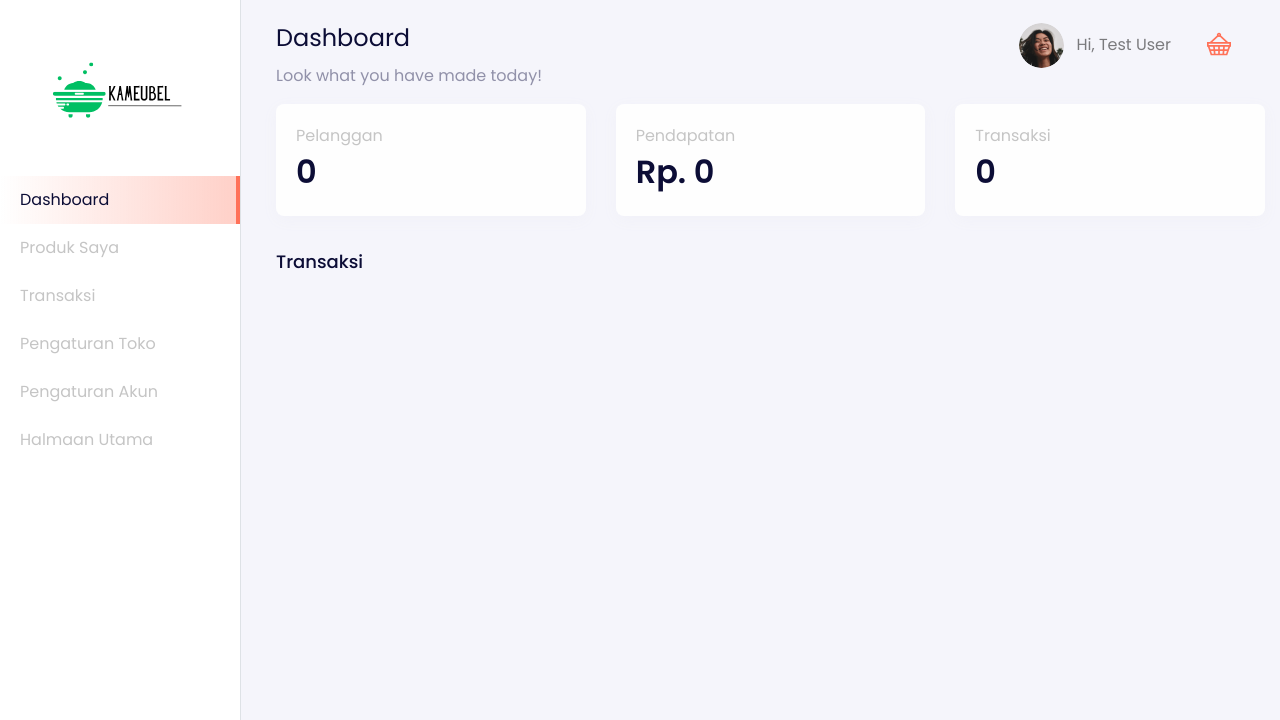
Repository: asyrofuddien/Meubel_Store
Page: http://localhost/dashboard
An editor plug-in stored every save of this project. The page is shown before and after the next save, followed by the edit.
The browser window is 1280 px wide. The pictures show the whole page.
The page is served by the project's Laravel application, run on PHP 8.4 with Laravel 8. A made-up administrator, Test User (test@example.com), is signed in. Other server files are loaded and not shown. Queries for data that is not in the repository find no rows.

Above is the page before, as saved 2023-08-08 09:46:26.

### routes/web.php
<?php

use Illuminate\Support\Facades\Route;
use Illuminate\Support\Facades\Auth;

/*
|--------------------------------------------------------------------------
| Web Routes
|--------------------------------------------------------------------------
|
| Here is where you can register web routes for your application. These
| routes are loaded by the RouteServiceProvider within a group which
| contains the "web" middleware group. Now create something great!
|
*/
Route::get('/', 'HomeController@index')->name('home');

Route::get('/categories', 'CategoryController@index')->name('categories');
Route::get('/categories/{id}', 'CategoryController@detail')->name('categories-detail');

Route::get('/details/{id}', 'DetailController@index')->name('detail');
Route::post('/details/{id}', 'DetailController@add')->name('detail-add');

Route::post('/checkout/callback', 'CheckoutController@callback')->name('midtrans-callback');

Route::get('/success', 'CartController@success')->name('success');
Route::get('/register/success', 'Auth\RegisterController@success')->name('register-success');

Route::group(['middleware' => ['auth']], function(){

    Route::get('/cart', 'CartController@index')->name('cart');
    Route::delete('/cart/{id}', 'CartController@delete')->name('cart-delete');

    Route::post('/checkout', 'CheckoutController@process')->name('checkout');

    Route::get('/dashboard', 'DashboardController@index')->name('dashboard');

    Route::get('/dashboard/products', 'DashboardProductController@index')->name('dashboard-product');

    Route::get('/dashboard/products/create', 'DashboardProductController@create')->name('dashboard-product-create');
    Route::post('/dashboard/products', 'DashboardProductController@store')->name('dashboard-product-store');

    Route::get('/dashboard/products/{id}', 'DashboardProductController@details')->name('dashboard-product-details');
    Route::post('/dashboard/products/{id}', 'DashboardProductController@update')->name('dashboard-product-update');

    Route::post('/dashboard/products/gallery/upload', 'DashboardProductController@uploadGallery')->name('dashboard-product-gallery-upload');

    Route::get('/dashboard/products/gallery/delete/{id}', 'DashboardProductController@deleteGallery')->name('dashboard-product-gallery-delete');

    Route::get('/dashboard/transactions', 'DashboardTransactionController@index')->name('dashboard-transaction');
    Route::get('/dashboard/transactions/{id}', 'DashboardTransactionController@details')->name('dashboard-transaction-details');
    Route::post('/dashboard/transactions/{id}', 'DashboardTransactionController@update')->name('dashboard-transaction-update');

    Route::get('/dashboard/settings', 'DashboardSettingController@store')->name('dashboard-settings-store');
    Route::get('/dashboard/account', 'DashboardSettingController@account')->name('dashboard-settings-account');
    Route::post('/dashboard/account/{redirect}', 'DashboardSettingController@update')->name('dashboard-settings-redirect');

});

// ->middleware(['auth', 'admin'])
Route::prefix('admin')
    ->namespace('Admin')
    ->middleware(['auth', 'admin'])
    ->group(function() {
        Route::get('/', 'DashboardController@index')->name('admin-dashboard');
        Route::resource('category', 'CategoryController');
        Route::resource('user', 'UserController');
        Route::resource('product', 'ProductController');
        Route::resource('product-gallery', 'ProductGalleryController');
        Route::resource('transaction', 'TransactionController');
    });

Auth::routes();

### app/User.php
<?php

namespace App;

use Illuminate\Contracts\Auth\MustVerifyEmail;
use Illuminate\Foundation\Auth\User as Authenticatable;
use Illuminate\Notifications\Notifiable;

class User extends Authenticatable
{
    use Notifiable;

    /**
     * The attributes that are mass assignable.
     *
     * @var array
     */
    protected $fillable = [
        'name', 'email', 'password', 'roles', 'store_name', 'categories_id', 'store_status',
        'address_one', 'address_two', 'provinces_id', 'regencies_id', 'zip_code', 'country', 'phone_number'
    ];

    /**
     * The attributes that should be hidden for arrays.
     *
     * @var array
     */
    protected $hidden = [
        'password', 'remember_token',
    ];

    /**
     * The attributes that should be cast to native types.
     *
     * @var array
     */
    protected $casts = [
        'email_verified_at' => 'datetime',
    ];



}

### app/Http/Controllers/DashboardController.php
<?php

namespace App\Http\Controllers;

use Illuminate\Http\Request;
use Illuminate\Support\Facades\Auth;

use App\TransactionDetail;
use App\User;

class DashboardController extends Controller
{
    /**
     * Show the application dashboard.
     *
     * @return \Illuminate\Contracts\Support\Renderable
     */
    public function index()
    {
        $transactions = TransactionDetail::with(['transaction.user', 'product.galleries'])
                            ->whereHas('product', function($product){
                                $product->where('users_id', Auth::user()->id);
                            });
        $transactions2 = TransactionDetail::with(['transaction.user', 'product.galleries'])
                            ->whereHas('product', function($product){
                                $product->where('users_id', Auth::user()->id);
                            })->whereHas('transaction', function ($transaction) {
                                $transaction->where('transaction_status', 'BERHASIL');
                            });

        $reveneu = $transactions2->orderby('created_at', 'DESC')->get()->reduce(function ($carry, $item){
            $total = $carry + $item->price;
            return $total - ($total*0.01) ; //pendapatan dikurangi 1 persen
        });

        $customer = User::count();

        return view('pages.dashboard', [
            'transaction_count' => $transactions->count(),
            'transaction_data' => $transactions->get(),
            'revenue' => $reveneu,
            'customer' => $customer
        ]);
    }
}

### app/TransactionDetail.php
<?php

namespace App;

use Illuminate\Database\Eloquent\Model;

class TransactionDetail extends Model
{
    /**
     * The attributes that are mass assignable.
     *
     * @var array
     */
    protected $fillable = [
       'transactions_id', 'products_id', 'price', 'shipping_status', 'resi', 'code'
    ];

    /**
     * The attributes that should be hidden for arrays.
     *
     * @var array
     */
    protected $hidden = [

    ];

    public function product(){
        return $this->hasOne(Product::class, 'id', 'products_id');
    }

    public function transaction(){
        return $this->hasOne(Transaction::class, 'id', 'transactions_id');
    }
}

### app/Product.php
<?php

namespace App;

use Illuminate\Database\Eloquent\Model;
use Illuminate\Database\Eloquent\SoftDeletes;

class Product extends Model
{
    use SoftDeletes;

    protected $fillable = [
        'name', 'users_id', 'categories_id', 'price', 'description', 'slug'
    ];

    public $hidden = [

    ];

    public function galleries(){
        return $this->hasMany(ProductGallery::class, 'products_id', 'id');
    }

    public function user(){
        return $this->hasOne(User::class, 'id', 'users_id');
    }

    public function category(){
        return $this->belongsTo(Category::class, 'categories_id', 'id');
    }
}

### app/Transaction.php
<?php

namespace App;

use Illuminate\Database\Eloquent\Model;

class Transaction extends Model
{
     /**
     * The attributes that are mass assignable.
     *
     * @var array
     */
    protected $fillable = [
       'users_id', 'inscurance_price', 'shipping_price', 'transaction_status', 'total_price', 'code'
    ];

    /**
     * The attributes that should be hidden for arrays.
     *
     * @var array
     */
    protected $hidden = [

    ];

    public function user(){
        return $this->belongsTo(User::class, 'users_id', 'id');
    }

}

### resources/views/pages/dashboard.blade.php
@extends('layouts.dashboard')

@section('title')
    Dashboard Toko
@endsection

@section('content')
    <!-- Page Content -->
    <div
        class="section-content section-dashboard-home"
        data-aos="fade-up"
        >
        <div class="container-fluid">
            <div class="dashboard-heading">
            <h2 class="dashboard-title">Dashboard</h2>
            <p class="dashboard-subtitle">Look what you have made today!</p>
            <div class="dashboard-content">
                <div class="row">
                <div class="col-md-4">
                    <div class="card mb-2">
                    <div class="card-body">
                        <div class="dashboard-card-title">Pelanggan</div>
                        <div class="dashboard-card-subtitle">{{ number_format($customer) }}</div>
                    </div>
                    </div>
                </div>
                <div class="col-md-4">
                    <div class="card mb-2">
                    <div class="card-body">
                        <div class="dashboard-card-title">Pendapatan</div>
                        <div class="dashboard-card-subtitle">Rp. {{ number_format($revenue) }}</div>
                    </div>
                    </div>
                </div>
                <div class="col-md-4">
                    <div class="card mb-2">
                    <div class="card-body">
                        <div class="dashboard-card-title">Transaksi</div>
                        <div class="dashboard-card-subtitle">
                        {{ number_format($transaction_count) }}
                        </div>
                    </div>
                    </div>
                </div>
                </div>
                <div class="row mt-3">
                    <div class="col-12 mt-2">
                        <h5 class="mb-3">Transaksi</h5>
                        @foreach ($transaction_data as $transaction)
                            <a
                                href="{{  route('dashboard-transaction-details', $transaction->id)  }}"
                                class="card card-list d-block"
                                >
                                <div class="card-body">
                                    <div class="row">
                                        <div class="col-md-1">
                                            <img
                                            src="{{ Storage::url($transaction->product->galleries->first()->photos ?? '') }}"
                                            class="w-50"
                                            />
                                        </div>
                                        <div class="col-md-4">{{ $transaction->product->name ?? '' }}</div>
                                        <div class="col-md-3">{{ $transaction->transaction->user->name ?? '' }}</div>
                                        <div class="col-md-3">{{ $transaction->created_at ?? '' }}</div>
                                        <div class="col-md-1 d-none-d-md-block">
                                            <img
                                            src="/images/dashboard-arrow-right.svg"
                                            alt=""
                                            />
                                        </div>
                                    </div>
                                </div>
                            </a>
                        @endforeach
                    </div>
                </div>
            </div>
            </div>
        </div>
    </div>
@endsection

### resources/views/layouts/dashboard.blade.php
<!DOCTYPE html>
<html lang="en">
  <head>
    <meta charset="utf-8" />
    <meta
      name="viewport"
      content="width=device-width, initial-scale=1, shrink-to-fit=no"
    />
    <meta name="description" content="" />
    <meta name="author" content="" />
    <link rel="shortcut icon" href="/images/logoicon.svg" type="image/x-icon">
    <title>@yield('title')</title>

    @stack('prepend-style')
    <link href="https://unpkg.com/aos@2.3.1/dist/aos.css" rel="stylesheet" />
    <link href="/style/main.css" rel="stylesheet" />
    @stack('addon-style')
  </head>

  <body>
    <div class="page-dashboard">
      <div class="d-flex" id="wrapper" data-aos="fade-right">
        <!-- sidebar -->
        <div class="border-right" id="sidebar-wrapper">
          <div class="sidebar-heading text-center">
            <img src="/images/logo.svg" class="my-4" alt="" />
          </div>
          <div class="list-group list-group-flush">
            <a
              href="{{ route('dashboard') }}"
              class="list-group-item list-group-item-action {{ (request()->is('dashboard')) ? 'active' : '' }}"
            >
              Dashboard</a
            >
            <a
              href="{{ route('dashboard-product') }}"
              class="list-group-item list-group-item-action {{ (request()->is('dashboard/products*')) ? 'active' : '' }}"
            >
              Produk Saya</a
            >
            <a
              href="{{ route('dashboard-transaction') }}"
              class="list-group-item list-group-item-action {{ (request()->is('dashboard/transactions*')) ? 'active' : '' }}"
            >
              Transaksi</a
            >
            <a
              href="{{ route('dashboard-settings-store') }}"
              class="list-group-item list-group-item-action {{ (request()->is('dashboard/settings*')) ? 'active' : '' }}"
            >
              Pengaturan Toko</a
            >
            <a
              href="{{ route('dashboard-settings-account') }}"
              class="list-group-item list-group-item-action {{ (request()->is('dashboar/account*')) ? 'active' : '' }}"
            >
              Pengaturan Akun</a
            >
            <a
              href="/"
              class="list-group-item list-group-item-action"
            >
              Halmaan Utama</a
            >
          </div>
        </div>

        <!-- Page Content -->
        <div id="page-content-wrapper">
          <nav
            class="navbar navbar-expand-lg navbar-light navbar-store fixed-top"
            data-aos="fade-down"
          >
            <div class="container-fluid">
              <button
                class="btn btn-secondary d-md-none mr-auto mr-2"
                id="menu-toggle"
              >
                &laquo; Menu
              </button>
              <button
                class="navbar-toggler"
                type="button"
                data-toggle="collapse"
                data-target="#navbarSupportedContent"
              >
                <span class="navbar-toggler-icon"></span>
              </button>
              <div class="collapse navbar-collapse" id="navbarSupportedContent">
                <!-- Desktop Menu -->
                <ul class="navbar-nav d-none d-lg-flex ml-auto">
                  <li class="nav-item dropdown">
                    <a
                      href="#"
                      class="nav-link"
                      id="navbarDropdown"
                      role="button"
                      data-toggle="dropdown"
                    >
                      <img
                        src="/images/icon-user.png"
                        alt=""
                        class="rounded-circle mr-2 profil-picture"
                      />
                      Hi, {{ Auth::user()->name }}
                    </a>
                    <div class="dropdown-menu">
                        <a href="{{ route('dashboard') }}" class="dropdown-item"
                            >Dashboard</a
                        >
                        <a
                            href="{{ route('dashboard-settings-account') }}"
                            class="dropdown-item"
                            >Setting</a
                        >
                        <div class="dropdown-divider"></div>
                            <a href="{{ route('logout') }}" onclick="event.preventDefault(); document.getElementById('logout-form').submit();"
                              class="dropdown-item"
                              >Logout</a>
                            <form id="logout-form" action="{{ route('logout') }}" method="POST" class="d-none">
                                @csrf
                            </form>
                    </div>
                  </li>
                  <li class="nav-item">
                      <a href="{{ route('cart') }}" class="nav-link d-inline-block mt-2">
                          @php
                          $carts = \App\Cart::where('users_id', Auth::user()->id)->count();
                          @endphp

                          @if ($carts > 0)
                              <img src="/images/icon-cart-filled.svg" alt="" />
                              <div class="card-badge">{{ $carts }}</div>
                          @else
                            <img src="/images/icon-cart-empty.svg" alt="" />
                          @endif
                      </a>
                  </li>
                </ul>

                <ul class="navbar-nav d-block d-lg-none">
                  <li class="nav-item">
                    <a href="#" class="nav-link"> Hi, {{ Auth::user()->name }} </a>
                  </li>
                  <li class="nav-item">
                    <a href="#" class="nav-link d-inline-box"> Cart </a>
                  </li>
                </ul>
              </div>
            </div>
          </nav>
          {{-- Content --}}
          @yield('content')
        </div>
      </div>
    </div>

    <!-- Bootstrap core JavaScript -->
    @stack('prepend-script')
    <script src="/vendor/jquery/jquery.slim.min.js"></script>
    <script src="/vendor/bootstrap/js/bootstrap.bundle.min.js"></script>
    <script src="https://unpkg.com/aos@2.3.1/dist/aos.js"></script>
    <script>
      AOS.init();
    </script>
    <script>
      $("#menu-toggle").click(function (e) {
        e.preventDefault();
        $("#wrapper").toggleClass("toggled");
      });
    </script>
    @stack('addon-script')
  </body>
</html>

### app/Cart.php
<?php

namespace App;

use Illuminate\Database\Eloquent\Model;

class Cart extends Model
{
    protected $fillable = [
        'products_id', 'users_id'
    ];

    public $hidden = [

    ];

    public function product(){
        return $this->hasOne(Product::class, 'id', 'products_id');
    }

    public function user(){
        return $this->belongsTo(User::class, 'users_id', 'id');
    }
}

### public/images/icon-cart-empty.svg
<svg width="24" height="24" viewBox="0 0 24 24" fill="none" xmlns="http://www.w3.org/2000/svg">
<path d="M24 14.8052V10.0134H21.0326L14.0085 3.52308C14.0873 3.30075 14.1307 3.06174 14.1307 2.81266C14.1307 1.6378 13.1749 0.681976 12 0.681976C10.8251 0.681976 9.86932 1.6378 9.86932 2.81266C9.86932 3.06171 9.91267 3.30075 9.99155 3.52308L2.96739 10.0134H0V14.8052H0.838911L3.75375 23.3181H20.2462L23.161 14.8052H24V14.8052ZM15.903 17.3536H12.8412V14.8284H16.1524L15.903 17.3536ZM11.1588 21.6356H8.5198L8.2631 19.0361H11.1588V21.6356ZM8.09698 17.3536L7.84763 14.8284H11.1588V17.3536H8.09698ZM12.4482 2.81266C12.4482 2.94258 12.3923 3.05941 12.3037 3.14133C12.2238 3.21526 12.1172 3.26086 12 3.26086C11.8828 3.26086 11.7763 3.21526 11.6963 3.14133C11.6077 3.05939 11.5518 2.94258 11.5518 2.81266C11.5518 2.68274 11.6077 2.5659 11.6963 2.48398C11.7762 2.41005 11.8828 2.36445 12 2.36445C12.1172 2.36445 12.2237 2.41005 12.3037 2.48398C12.3923 2.56593 12.4482 2.68274 12.4482 2.81266ZM11.1336 4.75854C11.3985 4.87695 11.6916 4.94336 12 4.94336C12.3084 4.94336 12.6015 4.87695 12.8664 4.75854L18.5535 10.0134H5.44657L11.1336 4.75854ZM1.68247 11.6959H22.3175V13.1227H1.68247V11.6959ZM6.15699 14.8284L6.40634 17.3536H3.4899L2.62525 14.8284H6.15699ZM4.95605 21.6356L4.06597 19.0361H6.57249L6.82916 21.6356H4.95605ZM12.8412 19.0361H15.7369L15.4802 21.6356H12.8412V19.0361ZM19.044 21.6356H17.1708L17.4275 19.0361H19.934L19.044 21.6356ZM20.5101 17.3536H17.5937L17.843 14.8284H21.3748L20.5101 17.3536Z" fill="#FF7158"/>
</svg>

Loaded but not shown: app/Http/Controllers/Auth/LoginController.php (common file); app/Http/Controllers/Controller.php (common file); app/Http/Controllers/Auth/ConfirmPasswordController.php (common file); public/style/main.css (library); public/images/logo.svg (1 lines, source omitted)

After the next save:
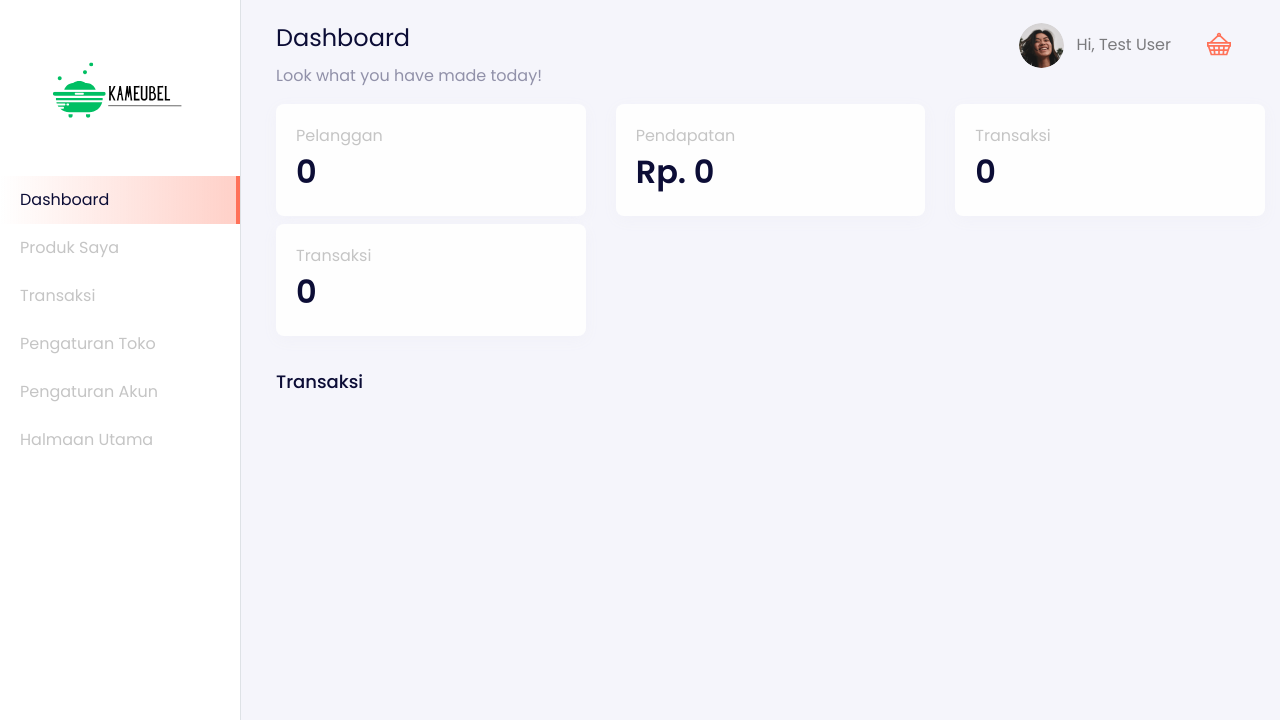
Saved 73 min 35 s later.
--- a/resources/views/pages/dashboard.blade.php
+++ b/resources/views/pages/dashboard.blade.php
@@ -29,6 +29,16 @@
                     <div class="card-body">
                         <div class="dashboard-card-title">Pendapatan</div>
                         <div class="dashboard-card-subtitle">Rp. {{ number_format($revenue) }}</div>
+                    </div>
+                    </div>
+                </div>
+                <div class="col-md-4">
+                    <div class="card mb-2">
+                    <div class="card-body">
+                        <div class="dashboard-card-title">Transaksi</div>
+                        <div class="dashboard-card-subtitle">
+                        {{ number_format($transaction_count) }}
+                        </div>
                     </div>
                     </div>
                 </div>
